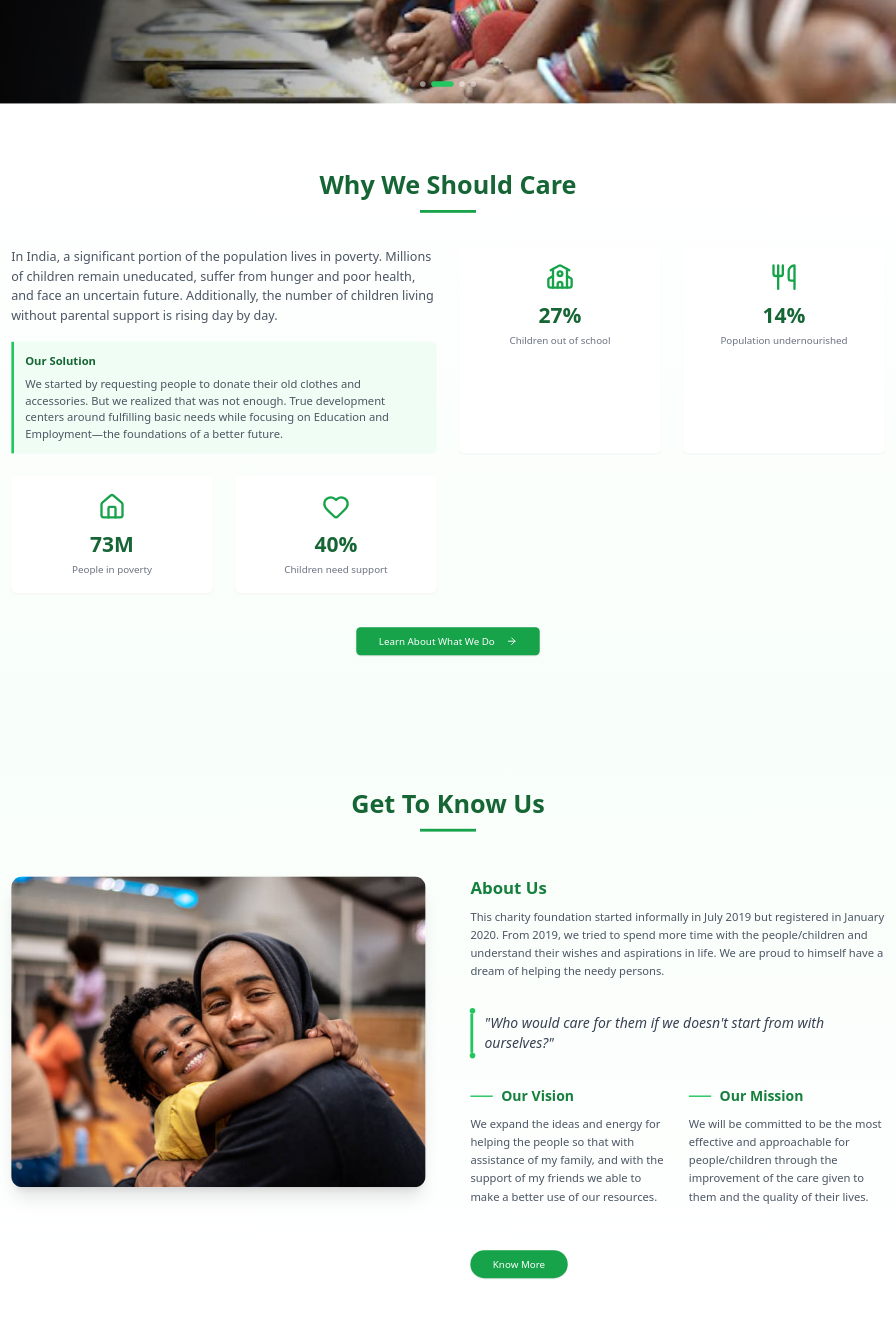
Repository: rajukumar2003/chandra-foundation
Page: /
An editor plug-in stored every save of this project. The page is shown before and after a run of saves, followed by the edit.
The browser window is 1280 px wide. The pictures show the part of the page from y = 520 to 2440 px (the page is 7747 px tall before and 7743 px after), at 70% of full size.
The project was rebuilt for these pictures with package versions that can differ from the ones it lists, and the page was loaded fresh each time. The framework's server and built-in components were replaced by stand-ins that run in the browser. Also part of the build but not shown: next.config.ts.

Above is the page before, as saved 2024-12-17 16:23:59.

### app/layout.tsx
import type { Metadata } from "next";
import { Geist, Geist_Mono } from "next/font/google";
import "./globals.css";
import Navbar from "./components/navbar";
import Footer from "./components/Footer";

const geistSans = Geist({
  variable: "--font-geist-sans",
  subsets: ["latin"],
});

const geistMono = Geist_Mono({
  variable: "--font-geist-mono",
  subsets: ["latin"],
});

export const metadata: Metadata = {
  title: "Create Next App",
  description: "Generated by create next app",
};

export default function RootLayout({
  children,
}: Readonly<{
  children: React.ReactNode;
}>) {
  return (
    <html lang="en">
      <body
        className={`${geistSans.variable} ${geistMono.variable} antialiased`}
      >
        <Navbar />
        {children}
        <Footer/>
      </body>
    </html>
  );
}

### app/globals.css
@tailwind base;
@tailwind components;
@tailwind utilities;
@layer base {
  :root {
    --background: 0 0% 100%;
    --foreground: 0 0% 3.9%;
    --card: 0 0% 100%;
    --card-foreground: 0 0% 3.9%;
    --popover: 0 0% 100%;
    --popover-foreground: 0 0% 3.9%;
    --primary: 0 0% 9%;
    --primary-foreground: 0 0% 98%;
    --secondary: 0 0% 96.1%;
    --secondary-foreground: 0 0% 9%;
    --muted: 0 0% 96.1%;
    --muted-foreground: 0 0% 45.1%;
    --accent: 0 0% 96.1%;
    --accent-foreground: 0 0% 9%;
    --destructive: 0 84.2% 60.2%;
    --destructive-foreground: 0 0% 98%;
    --border: 0 0% 89.8%;
    --input: 0 0% 89.8%;
    --ring: 0 0% 3.9%;
    --chart-1: 12 76% 61%;
    --chart-2: 173 58% 39%;
    --chart-3: 197 37% 24%;
    --chart-4: 43 74% 66%;
    --chart-5: 27 87% 67%;
    --radius: 0.5rem
  }
  .dark {
    --background: 0 0% 3.9%;
    --foreground: 0 0% 98%;
    --card: 0 0% 3.9%;
    --card-foreground: 0 0% 98%;
    --popover: 0 0% 3.9%;
    --popover-foreground: 0 0% 98%;
    --primary: 0 0% 98%;
    --primary-foreground: 0 0% 9%;
    --secondary: 0 0% 14.9%;
    --secondary-foreground: 0 0% 98%;
    --muted: 0 0% 14.9%;
    --muted-foreground: 0 0% 63.9%;
    --accent: 0 0% 14.9%;
    --accent-foreground: 0 0% 98%;
    --destructive: 0 62.8% 30.6%;
    --destructive-foreground: 0 0% 98%;
    --border: 0 0% 14.9%;
    --input: 0 0% 14.9%;
    --ring: 0 0% 83.1%;
    --chart-1: 220 70% 50%;
    --chart-2: 160 60% 45%;
    --chart-3: 30 80% 55%;
    --chart-4: 280 65% 60%;
    --chart-5: 340 75% 55%
  }
}
@layer base {
  * {
    @apply border-border;
  }
  body {
    @apply bg-background text-foreground;
  }
}

@keyframes float {
  0%, 100% {
    transform: translateY(0);
  }
  50% {
    transform: translateY(-20px);
  }
}

@keyframes float-delayed {
  0%, 100% {
    transform: translateY(0);
  }
  50% {
    transform: translateY(-15px);
  }
}

.animate-float {
  animation: float 6s ease-in-out infinite;
}

.animate-float-delayed {
  animation: float-delayed 5s ease-in-out infinite;
  animation-delay: 1s;
}

### app/components/ImpactSection.tsx
'use client'

import { motion } from "framer-motion"
import { Clock, Users, GraduationCap, HandHeart, Award } from 'lucide-react'

const stats = [
  {
    icon: Clock,
    value: 5,
    suffix: '+',
    label: 'Years of dedicated service to society',
    color: 'text-green-500'
  },
  {
    icon: GraduationCap,
    value: 1000,
    suffix: '+',
    label: 'Children received quality education',
    color: 'text-blue-500'
  },
  {
    icon: HandHeart,
    value: 5000,
    suffix: '+',
    label: 'Hours of community service',
    color: 'text-purple-500'
  },
  {
    icon: Users,
    value: 1000,
    suffix: '+',
    label: 'Partners and volunteers joined us',
    color: 'text-orange-500'
  },
  {
    icon: Award,
    value: 100,
    suffix: '%',
    label: 'Commitment to transforming lives',
    color: 'text-red-500'
  }
]

export default function ImpactSection() {
  return (
    <section className="py-24 bg-gradient-to-b from-green-50/50 to-white relative overflow-hidden">
      {/* Background Pattern */}
      <div className="absolute inset-0 opacity-[0.03]"
        style={{
          backgroundImage: `url("data:[embedded picture, 360 characters]")`
        }}
      />

      <div className="container mx-auto px-4">
        <motion.div
          initial={{ opacity: 0, y: 20 }}
          whileInView={{ opacity: 1, y: 0 }}
          viewport={{ once: true }}
          transition={{ duration: 0.6 }}
          className="text-center mb-16"
        >
          <h2 className="text-3xl md:text-4xl font-bold text-green-800 mb-4">
            Our Impact in Numbers
          </h2>
          <p className="text-gray-600 max-w-2xl mx-auto text-lg">
            Through your generous support and our dedicated team's efforts,
            we've made significant strides in transforming lives and building
            a better future for our community.
          </p>
        </motion.div>

        <div className="grid grid-cols-1 md:grid-cols-2 lg:grid-cols-5 gap-8 lg:gap-4">
          {stats.map((stat, index) => (
            <motion.div
              key={stat.label}
              initial={{ opacity: 0, y: 20 }}
              whileInView={{ opacity: 1, y: 0 }}
              viewport={{ once: true }}
              transition={{ duration: 0.6, delay: index * 0.1 }}
              className="relative group"
            >
              <div className="text-center p-6">
                <div className="mb-4 relative">
                  <div className="w-16 h-16 mx-auto rounded-full bg-white shadow-lg flex items-center justify-center group-hover:scale-110 transition-transform duration-300">
                    <stat.icon className={`w-8 h-8 ${stat.color}`} />
                  </div>
                </div>
                <h3 className="text-4xl font-bold text-gray-800 mb-2">
                  {stat.value.toLocaleString()}{stat.suffix}
                </h3>
                <p className="text-gray-600 text-sm">
                  {stat.label}
                </p>
              </div>
            </motion.div>
          ))}
        </div>
      </div>
    </section>
  )
}

### app/components/CtaSection.tsx
"use client";

import { motion } from "framer-motion";
import { Button } from "@/components/ui/button";
import { ArrowRight } from "lucide-react";

export default function CtaSection() {
  return (
    <section className="py-24 bg-gradient-to-b from-green-50/50 to-white relative overflow-hidden">
      {/* Background Elements */}
      <div className="absolute inset-0">
        <div className="absolute inset-0 bg-[radial-gradient(circle_at_top_right,rgba(34,197,94,0.05),transparent_50%)]" />
        <div className="absolute inset-0 bg-[radial-gradient(circle_at_bottom_left,rgba(34,197,94,0.05),transparent_50%)]" />
      </div>

      <div className="container mx-auto px-4 relative">
        <div className="max-w-5xl mx-auto">
          <motion.div
            initial={{ opacity: 0, y: 20 }}
            whileInView={{ opacity: 1, y: 0 }}
            viewport={{ once: true }}
            transition={{ duration: 0.6 }}
            className="items-center"
          >
            {/* Text Content */}
            <div className="text-center space-y-8">
              <h2 className="text-4xl md:text-5xl font-bold text-green-800 leading-tight">
                Together We Can Make The DIFFERENCE
              </h2>
              {/* <p className="text-xl text-gray-600">
                Let's create the{" "}
                <span className="text-green-600 font-semibold">DIFFERENCE</span>{" "}
                our community needs
              </p> */}

              <motion.p
                initial={{ opacity: 0, y: 20 }}
                whileInView={{ opacity: 1, y: 0 }}
                viewport={{ once: true }}
                transition={{ duration: 0.6, delay: 0.4 }}
                className="mt-12 text-xl text-gray-600 italic"
              >
                "The greatest gift you can give someone is your{" "}
                <span className="text-green-600 font-semibold">time</span>, your{" "}
                <span className="text-green-600 font-semibold">love</span>, your{" "}
                <span className="text-green-600 font-semibold">attention</span>,
                and your{" "}
                <span className="text-green-600 font-semibold">concern</span>."
              </motion.p>
              <motion.div
                initial={{ opacity: 0, x: -20 }}
                whileInView={{ opacity: 1, x: 0 }}
                viewport={{ once: true }}
                transition={{ duration: 0.6, delay: 0.2 }}
              >
                <Button
                  size="lg"
                  className="bg-green-600 hover:bg-green-700 text-white group"
                >
                  Join Us Today
                  <ArrowRight className="ml-2 h-4 w-4 transition-transform group-hover:translate-x-1" />
                </Button>
              </motion.div>
            </div>
          </motion.div>
        </div>
      </div>
    </section>
  );
}

### app/components/WhyCare.tsx
'use client'

import { motion } from "framer-motion"
import { Button } from "@/components/ui/button"
import { ArrowRight, School, Home, Heart, Utensils } from 'lucide-react'

const statistics = [
  {
    icon: School,
    value: "27%",
    label: "Children out of school"
  },
  {
    icon: Utensils,
    value: "14%",
    label: "Population undernourished"
  },
  {
    icon: Home,
    value: "73M",
    label: "People in poverty"
  },
  {
    icon: Heart,
    value: "40%",
    label: "Children need support"
  }
]

export default function WhyCare() {
  return (
    <section className="py-24 bg-gradient-to-b from-white to-green-50/50">
      <div className="container mx-auto px-4">
        <div className="max-w-7xl mx-auto">
          <motion.div
            initial={{ opacity: 0, y: 20 }}
            whileInView={{ opacity: 1, y: 0 }}
            viewport={{ once: true }}
            transition={{ duration: 0.6 }}
            className="space-y-12"
          >
            <div className="text-center">
              <h2 className="text-3xl md:text-4xl font-bold text-green-800 mb-4">
                Why We Should Care
              </h2>
              <div className="w-20 h-1 bg-green-600 mx-auto"></div>
            </div>

            <div className="grid grid-cols-1 md:grid-cols-2 lg:grid-cols-4 gap-8">
              <div className="lg:col-span-2 space-y-6 text-gray-600">
                <p className="text-lg">
                  In India, a significant portion of the population lives in poverty.
                  Millions of children remain uneducated, suffer from hunger and poor health,
                  and face an uncertain future. Additionally, the number of children living
                  without parental support is rising day by day.
                </p>
                <div className="bg-green-50 border-l-4 border-green-500 p-4 rounded-r-lg">
                  <h3 className="font-semibold text-green-800 mb-2">Our Solution</h3>
                  <p>
                    We started by requesting people to donate their old clothes and accessories.
                    But we realized that was not enough. True development centers around fulfilling
                    basic needs while focusing on Education and Employment—the foundations of a better future.
                  </p>
                </div>
              </div>

              {statistics.map((stat, index) => (
                <motion.div
                  key={stat.label}
                  initial={{ opacity: 0, y: 20 }}
                  whileInView={{ opacity: 1, y: 0 }}
                  viewport={{ once: true }}
                  transition={{ duration: 0.6, delay: index * 0.1 }}
                  className="text-center p-6 bg-white rounded-lg shadow-sm hover:shadow-md transition-shadow"
                >
                  <stat.icon className="w-10 h-10 text-green-600 mx-auto mb-4" />
                  <div className="text-3xl font-bold text-green-800 mb-2">{stat.value}</div>
                  <div className="text-sm text-gray-500">{stat.label}</div>
                </motion.div>
              ))}
            </div>

            <div className="text-center">
              <Button
                size="lg"
                className="bg-green-600 hover:bg-green-700 text-white group"
              >
                Learn About What We Do
                <ArrowRight className="ml-2 h-4 w-4 transition-transform group-hover:translate-x-1" />
              </Button>
            </div>
          </motion.div>
        </div>
      </div>
    </section>
  )
}

### components/ui/button.tsx
import * as React from "react"
import { Slot } from "@radix-ui/react-slot"
import { cva, type VariantProps } from "class-variance-authority"

import { cn } from "@/lib/utils"

const buttonVariants = cva(
  "inline-flex items-center justify-center gap-2 whitespace-nowrap rounded-md text-sm font-medium transition-colors focus-visible:outline-none focus-visible:ring-1 focus-visible:ring-ring disabled:pointer-events-none disabled:opacity-50 [&_svg]:pointer-events-none [&_svg]:size-4 [&_svg]:shrink-0",
  {
    variants: {
      variant: {
        default:
          "bg-primary text-primary-foreground shadow hover:bg-primary/90",
        destructive:
          "bg-destructive text-destructive-foreground shadow-sm hover:bg-destructive/90",
        outline:
          "border border-input bg-background shadow-sm hover:bg-accent hover:text-accent-foreground",
        secondary:
          "bg-secondary text-secondary-foreground shadow-sm hover:bg-secondary/80",
        ghost: "hover:bg-accent hover:text-accent-foreground",
        link: "text-primary underline-offset-4 hover:underline",
      },
      size: {
        default: "h-9 px-4 py-2",
        sm: "h-8 rounded-md px-3 text-xs",
        lg: "h-10 rounded-md px-8",
        icon: "h-9 w-9",
      },
    },
    defaultVariants: {
      variant: "default",
      size: "default",
    },
  }
)

export interface ButtonProps
  extends React.ButtonHTMLAttributes<HTMLButtonElement>,
    VariantProps<typeof buttonVariants> {
  asChild?: boolean
}

const Button = React.forwardRef<HTMLButtonElement, ButtonProps>(
  ({ className, variant, size, asChild = false, ...props }, ref) => {
    const Comp = asChild ? Slot : "button"
    return (
      <Comp
        className={cn(buttonVariants({ variant, size, className }))}
        ref={ref}
        {...props}
      />
    )
  }
)
Button.displayName = "Button"

export { Button, buttonVariants }

### components/ui/input.tsx
import * as React from "react"

import { cn } from "@/lib/utils"

const Input = React.forwardRef<HTMLInputElement, React.ComponentProps<"input">>(
  ({ className, type, ...props }, ref) => {
    return (
      <input
        type={type}
        className={cn(
          "flex h-9 w-full rounded-md border border-input bg-transparent px-3 py-1 text-base shadow-sm transition-colors file:border-0 file:bg-transparent file:text-sm file:font-medium file:text-foreground placeholder:text-muted-foreground focus-visible:outline-none focus-visible:ring-1 focus-visible:ring-ring disabled:cursor-not-allowed disabled:opacity-50 md:text-sm",
          className
        )}
        ref={ref}
        {...props}
      />
    )
  }
)
Input.displayName = "Input"

export { Input }

Loaded but not shown: lib/utils.ts (common file); tailwind.config.js (61 lines, source omitted); app/(root)/page.tsx (269 lines, source omitted); app/components/navbar.tsx (210 lines, source omitted); app/components/OurPrograms.jsx (132 lines, source omitted); app/components/HistoryTimeline.tsx (120 lines, source omitted); app/components/HeroSection.tsx (123 lines, source omitted); app/components/StorySection.tsx (105 lines, source omitted); app/components/FoundersMessage.tsx (87 lines, source omitted); app/components/AboutUs.tsx (87 lines, source omitted); app/components/Footer.tsx (104 lines, source omitted)

After the next 2 saves:
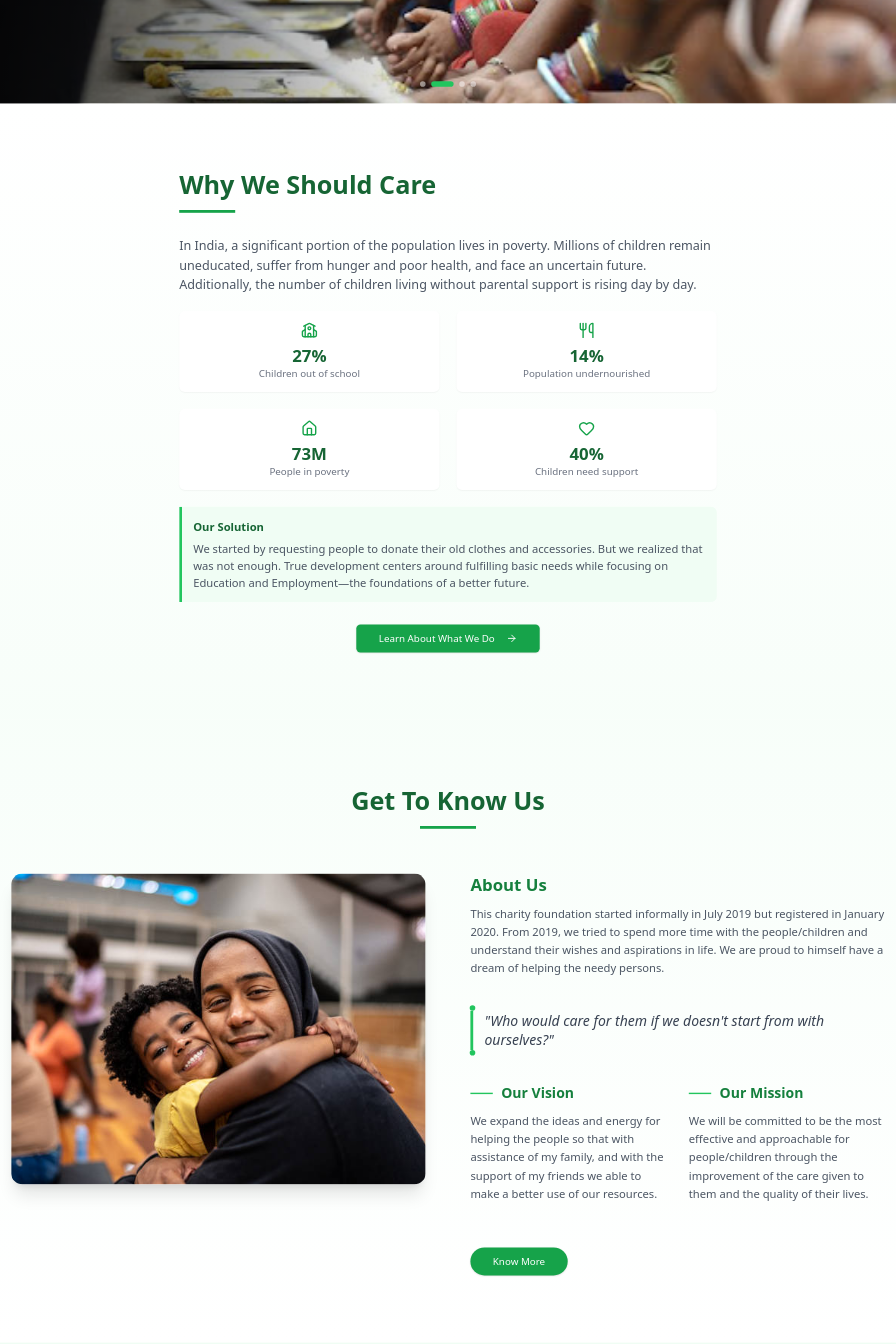
The 2 saves are shown as one change because they came seconds apart.
The last was saved 7 s later.
--- a/app/components/WhyCare.tsx
+++ b/app/components/WhyCare.tsx
@@ -32,28 +32,47 @@
     <section className="py-24 bg-gradient-to-b from-white to-green-50/50">
       <div className="container mx-auto px-4">
         <div className="max-w-7xl mx-auto">
-          <motion.div
-            initial={{ opacity: 0, y: 20 }}
-            whileInView={{ opacity: 1, y: 0 }}
-            viewport={{ once: true }}
-            transition={{ duration: 0.6 }}
-            className="space-y-12"
-          >
-            <div className="text-center">
-              <h2 className="text-3xl md:text-4xl font-bold text-green-800 mb-4">
-                Why We Should Care
-              </h2>
-              <div className="w-20 h-1 bg-green-600 mx-auto"></div>
-            </div>
+          <div className="w-full">
+            {/* Content Side */}
+            <motion.div
+              initial={{ opacity: 0, y: 20 }}
+              whileInView={{ opacity: 1, y: 0 }}
+              viewport={{ once: true }}
+              transition={{ duration: 0.6 }}
+              className="space-y-8 max-w-3xl mx-auto"
+            >
+              <div>
+                <h2 className="text-3xl md:text-4xl font-bold text-green-800 mb-4">
+                  Why We Should Care
+                </h2>
+                <div className="w-20 h-1 bg-green-600"></div>
+              </div>
 
-            <div className="grid grid-cols-1 md:grid-cols-2 lg:grid-cols-4 gap-8">
-              <div className="lg:col-span-2 space-y-6 text-gray-600">
+              <div className="space-y-6 text-gray-600">
                 <p className="text-lg">
                   In India, a significant portion of the population lives in poverty.
                   Millions of children remain uneducated, suffer from hunger and poor health,
                   and face an uncertain future. Additionally, the number of children living
                   without parental support is rising day by day.
                 </p>
+
+                <div className="grid grid-cols-2 gap-6">
+                  {statistics.map((stat, index) => (
+                    <motion.div
+                      key={stat.label}
+                      initial={{ opacity: 0, y: 20 }}
+                      whileInView={{ opacity: 1, y: 0 }}
+                      viewport={{ once: true }}
+                      transition={{ duration: 0.6, delay: index * 0.1 }}
+                      className="text-center p-4 bg-white rounded-lg shadow-sm hover:shadow-md transition-shadow"
+                    >
+                      <stat.icon className="w-6 h-6 text-green-600 mx-auto mb-2" />
+                      <div className="text-2xl font-bold text-green-800">{stat.value}</div>
+                      <div className="text-sm text-gray-500">{stat.label}</div>
+                    </motion.div>
+                  ))}
+                </div>
+
                 <div className="bg-green-50 border-l-4 border-green-500 p-4 rounded-r-lg">
                   <h3 className="font-semibold text-green-800 mb-2">Our Solution</h3>
                   <p>
@@ -64,32 +83,17 @@
                 </div>
               </div>
 
-              {statistics.map((stat, index) => (
-                <motion.div
-                  key={stat.label}
-                  initial={{ opacity: 0, y: 20 }}
-                  whileInView={{ opacity: 1, y: 0 }}
-                  viewport={{ once: true }}
-                  transition={{ duration: 0.6, delay: index * 0.1 }}
-                  className="text-center p-6 bg-white rounded-lg shadow-sm hover:shadow-md transition-shadow"
+              <div className="text-center">
+                <Button
+                  size="lg"
+                  className="bg-green-600 hover:bg-green-700 text-white group"
                 >
-                  <stat.icon className="w-10 h-10 text-green-600 mx-auto mb-4" />
-                  <div className="text-3xl font-bold text-green-800 mb-2">{stat.value}</div>
-                  <div className="text-sm text-gray-500">{stat.label}</div>
-                </motion.div>
-              ))}
-            </div>
-
-            <div className="text-center">
-              <Button
-                size="lg"
-                className="bg-green-600 hover:bg-green-700 text-white group"
-              >
-                Learn About What We Do
-                <ArrowRight className="ml-2 h-4 w-4 transition-transform group-hover:translate-x-1" />
-              </Button>
-            </div>
-          </motion.div>
+                  Learn About What We Do
+                  <ArrowRight className="ml-2 h-4 w-4 transition-transform group-hover:translate-x-1" />
+                </Button>
+              </div>
+            </motion.div>
+          </div>
         </div>
       </div>
     </section>
